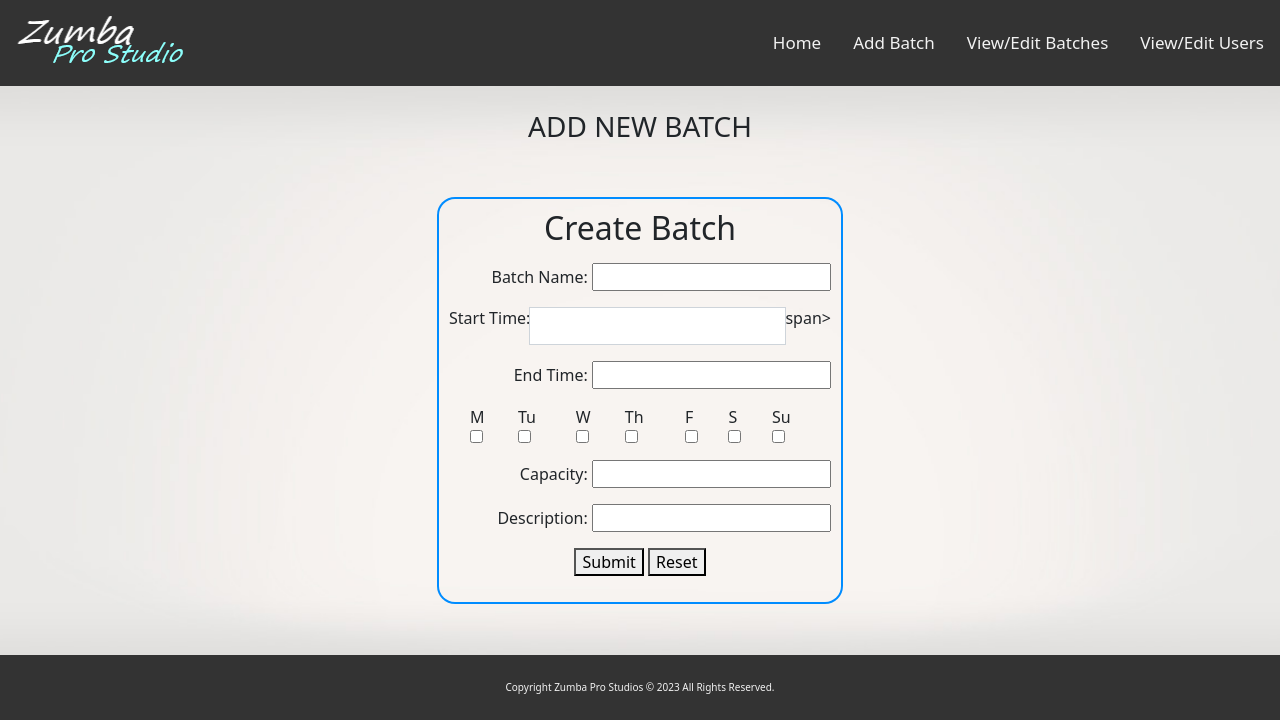
Repository: basemsamuel/Zumba
Page: http://localhost/ZumbaProStudio/addbatch.jsp
The author's editor kept a copy of each file at every save. The page is drawn from the files as they stood at one save, then again after the next save.
The browser window is 1280 px wide. The pictures show the whole page.
The page is served by Tomcat 10. Other server files are loaded and not shown.

Above is the page before, as saved 2023-07-30 23:35:00.

### ZumbaProStudio/src/main/webapp/addbatch.jsp
<jsp:include page="adminheader.jsp"></jsp:include>
<div class="mycontainer">
	<div align="center">
	<br>
	<h3>ADD NEW BATCH</h3>
	<br>
	<br>

	<div>
		<table class="formtable">
			<tr>
				<td style="padding: 10px;">
					<div class='center'>
						<form style="width: 100%;" action="Admin" method = "POST">
						    <h2>Create Batch</h2>
						    <input type="hidden" name="htmlFormName" value="AddBatch" />
						    <div>
						        <p>
							        <div class='right'>
							            <label for="name">Batch Name:</label>
							            <input type="text" id="name" name="name">
							        </div>
						        </p>
						    </div>

						    <div class='form-group'>
						        <p>
							        <div class='right input-group date'>
							            <label for="stime">Start Time:</label>
							            <input type='text' class="form-control" id="stime" name="stime"><span class="input-group-addon"><span class="glyphicon glyphicon-calendar"></span></span>span>
							        </div>
						        </p>
						    </div>


						    <div>
						        <p>
							        <div class='right'>
							            <label for="etime">End Time:</label>
							            <input class="datepicker" data-date-format="mm/dd/yyyy" id="etime" name="etime">
							        </div>
						        </p>
						    </div>

						    <div>
						        <p>
							        <div style="padding-left:20px;">
							        	<Table width="100%">
							        		<tr>
							        			<td>M</td>
							        			<td>Tu</td>
							        			<td>W</td>
							        			<td>Th</td>
							        			<td>F</td>
							        			<td>S</td>
							        			<td>Su</td>
							        		</tr>
							        		<tr>
							        			<td>
										            <input type="checkbox" id="M" name="M" value="M">
							        			</td>
							        			<td>
										            <input type="checkbox" id="Tu" name="Tt" value="Tu">
							        			</td>
							        			<td>
										            <input type="checkbox" id="W" name="W" value="W">
							        			</td>
							        			<td>
										            <input type="checkbox" id="Th" name="Th" value="Th">
							        			</td>
							        			<td>
										            <input type="checkbox" id="F" name="F" value="F">
							        			</td>
							        			<td>
										            <input type="checkbox" id="S" name="S" value="S">
							        			</td>
							        			<td>
										            <input type="checkbox" id="Su" name="Su" value="Su">
							        			</td>
							        		</tr>
							        	</Table>

							        </div>
						        </p>
						    </div>

						    <div>
						        <p>
							        <div class='right'>
							            <label for="capacity">Capacity:</label>
							            <input type="number" id="capacity" name="capacity">
							        </div>
						        </p>
						    </div>

						    <div>
						        <p>
							        <div class='right'>
							            <label for="description">Description:</label>
							            <input type="text" id="description" name="description">
							        </div>
						        </p>
						    </div>
						    <div>
 						        <p>
						            <button type="submit" value="Submit">Submit</button>
						            <button type="reset" value="Reset">Reset</button>
						        </p>
						    </div>
						</form>
					</div>
				</td>
			</tr>
		</table>
		<br>
		<div class="emsg">
			<p>
				${batcherrorMessage}
			</p>
		</div>
	</div>
</div>
<jsp:include page="footer.jsp"></jsp:include>

### ZumbaProStudio/src/main/webapp/adminheader.jsp
<html lang="en">

<head>
    <meta charset="UTF-8">
    <meta http-equiv="X-UA-Compatible" content="IE=edge">
    <meta name="viewport" content="width=device-width, initial-scale=1.0">
    <title>Document</title>
    <link href="https://cdn.jsdelivr.net/npm/bootstrap@5.1.3/dist/css/bootstrap.min.css" rel="stylesheet" integrity="sha384-1BmE4kWBq78iYhFldvKuhfTAU6auU8tT94WrHftjDbrCEXSU1oBoqyl2QvZ6jIW3" crossorigin="anonymous">
    <link rel="stylesheet" type="text/css" href="css/styles.css" />
</head>

<body>
	 <div class="topnav">
		<img src="images/logo.png" alt="Zumba Pro Studio">
		<!-- <a class="active" href="#home">Home</a> -->
		<a href="adminusers.jsp">View/Edit Users</a>
		<a href="admin.jsp">View/Edit Batches</a>
		<a href="addbatch.jsp">Add Batch</a>
		<a href="index.jsp">Home</a>
	</div>

### ZumbaProStudio/src/main/webapp/footer.jsp
<footer>
	Copyright Zumba Pro Studios © 2023 All Rights Reserved.
</footer>
</body>
</html>

### ZumbaProStudio/src/main/webapp/css/styles.css
		.topnav {
			 background-color: #333;
			 overflow: hidden;
				}

		/* Style the links inside the navigation bar */
		.topnav a {
			 float: right;
			 color: #f2f2f2;
			 text-align: center;
			 padding: 30px 16px;
			 text-decoration: none;
			 font-size: 17px;
		}

		.topnav img {
			 float: left;
			 color: #f2f2f2;
			 text-align: center;
			 padding: 14px 16px;
			 text-decoration: none;
			 font-size: 17px;
			 height: 80px;
		}

		/* Change the color of links on hover */
		.topnav a:hover {
			 background-color: #ddd;
			 color: black;
		}

		/* Add a color to the active/current link */
		.topnav a.active {
			 background-color: #04AA6D;
			 color: white;
		}

		footer {
		    background-color: #333;
		    color: #f2f2f2;
		    grid-area: footer;
		    width: 100%;
		    position: absolute;
  			bottom: 0;
  			padding: 25px;
  			text-align: center;
  			font-size: 10px;
		}

		.centerimage {
			height: 100%;
			width: auto;
			display: block;
			margin-left: auto;
			margin-right: auto;

		}

		.center {
			text-align: center;
		}
		.right {
			text-align: right;
		}

		.formtable {
			border-collapse: collapse;
			border-radius: 16px;
			box-shadow: 0 0 0 2px rgb(0, 140, 255);
		}

		.mycontainer {
			height: calc(100% - 150px);
			width: 100%;
			background-image: url('../images/bg.jpg');
			background-color: #333; /* Used if the image is unavailable */
			background-position: center; /* Center the image */
			background-repeat: no-repeat; /* Do not repeat the image */
			background-size: cover; /* Resize the background image to cover the entire container */
		}

		.emsg {
			font-size: 13px;
			color: #FF0000;
		}

After the next save:
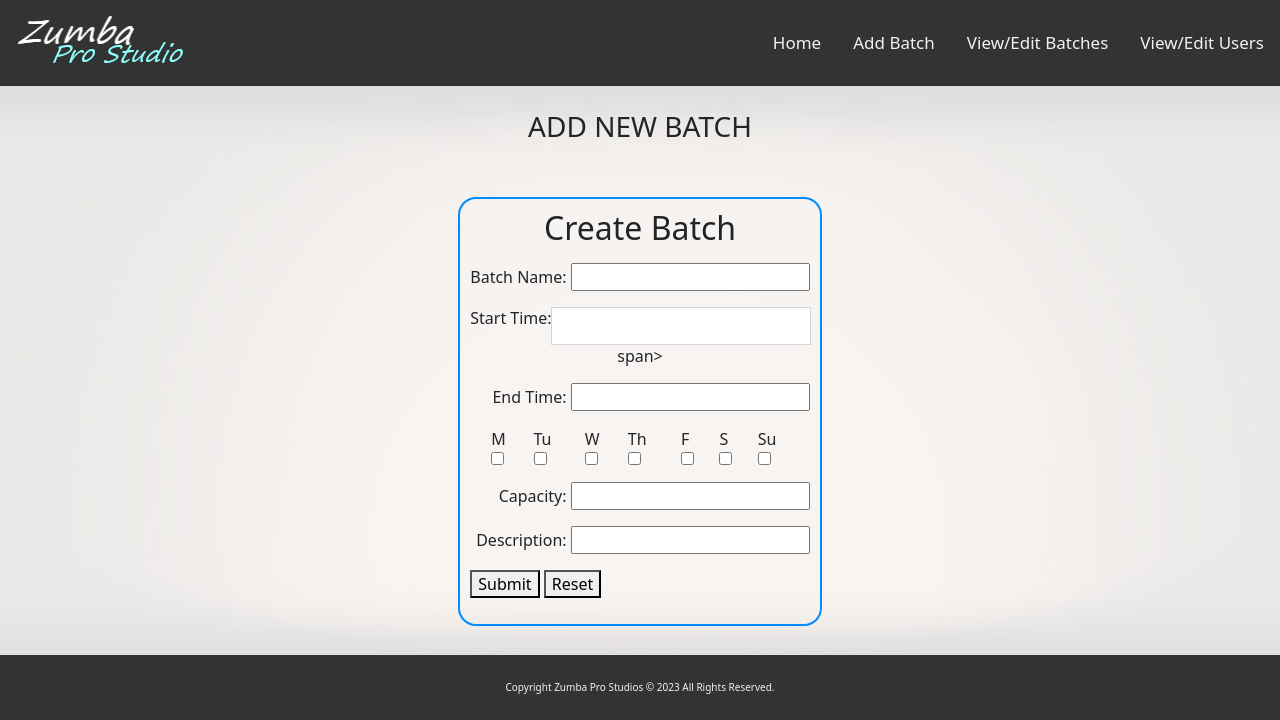
Saved 4 s later.
--- a/ZumbaProStudio/src/main/webapp/addbatch.jsp
+++ b/ZumbaProStudio/src/main/webapp/addbatch.jsp
@@ -27,7 +27,7 @@
 						        <p>
 							        <div class='right input-group date'>
 							            <label for="stime">Start Time:</label>
-							            <input type='text' class="form-control" id="stime" name="stime"><span class="input-group-addon"><span class="glyphicon glyphicon-calendar"></span></span>span>
+							            <input type='text' class="form-control" id="stime" name="stime"><span class="input-group-addon"><span class="glyphicon glyphicon-calendar"></span></span></div>span>
 							        </div>
 						        </p>
 						    </div>
